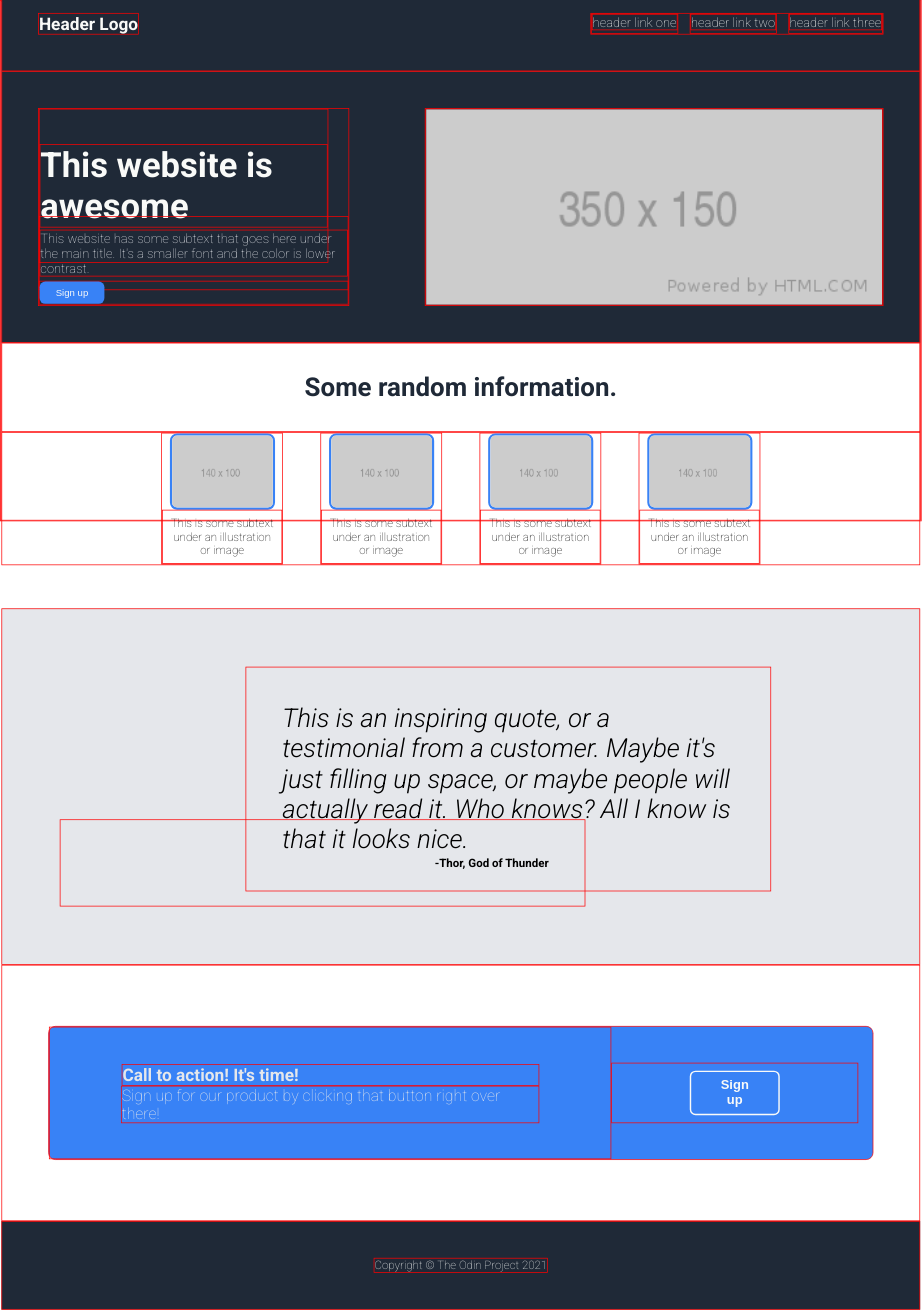
Repository: weazzyefff/The-Landing-Page
Page: index.html
An editor plug-in stored every save of this project. The page is shown before and after the next save, followed by the edit.
The browser window is 1280 px wide. The pictures show the whole page, at 72% of full size.

Above is the page before, as saved 2022-11-01 16:47:08.
Not found: index.js

### index.html
<!DOCTYPE html>
<html lang="en">

<head>
  <meta charset="UTF-8">
  <meta name="viewport" content="width=device-width, initial-scale=1.0">
  <meta http-equiv="X-UA-Compatible" content="ie=edge">
  <title>The Landing Page</title>
  <link rel="stylesheet" href="css/styles.css">
  <link rel="preconnect" href="https://fonts.googleapis.com">
  <link rel="preconnect" href="https://fonts.gstatic.com" crossorigin>
  <link href="https://fonts.googleapis.com/css2?family=Roboto:ital,wght@0,100;0,700;1,300&display=swap"
    rel="stylesheet">
</head>

<body>
  <div class="header">
    <div class="icon">
      Header Logo
    </div>
    <ul class="right-links">
      <li><a href="#">header link one</a></li>
      <li><a href="#">header link two</a></li>
      <li><a href="#">header link three</a></li>
    </ul>
  </div>
  <div class="hero-container">
    <div class="hero-left">
      <div class="main-text">
        <p>This website is awesome</p>
      </div>
      <div class="secondary-text">
        <p>This website has some subtext that goes here under the main title. It's a smaller
          font and the color is lower contrast.
        </p>
      </div>
      <div class="button-container">
        <button class="button">Sign up</button>
      </div>
    </div>
    <div class="hero-right">
      <img src="img/350x150.png" class="hero-img" alt="Placeholder image">
    </div>
  </div>
  <div class="title">
    Some random information.
  </div>
  <div class="gallery-container">
    <div class="info">
      <img src="img/140x100.png" alt="Placeholder Image">
      <div class="text">This is some subtext under an illustration or image</div>
    </div>
    <div class="info">
      <img src="img/140x100.png" alt="Placeholder Image">
      <div class="text">This is some subtext under an illustration or image</div>
    </div>
    <div class="info">
      <img src="img/140x100.png" alt="Placeholder Image">
      <div class="text">This is some subtext under an illustration or image</div>
    </div>
    <div class="info">
      <img src="img/140x100.png" alt="Placeholder Image">
      <div class="text">This is some subtext under an illustration or image</div>
    </div>
  </div>
  <div class="quote-container">
    <div class="quote">This is an inspiring quote, or a testimonial from a
      customer. Maybe it's just filling up space, or maybe people will
      actually read it. Who knows? All I know is that it looks nice. </div>
    <div class="quotee">-Thor, God of Thunder</div>
  </div>
  <div class="call-container">
    <div class="inside-container">
      <div class="left-side">
        <p class="top-line">
          Call to action! It's time!
        </p>
        <p class="bottom-line">
          Sign up for our product by clicking that button right over there!
        </p>
      </div>
      <div class="right-side">
        <button>
          Sign up
        </button>
      </div>
    </div>
  </div>
  </div>
  <div class="footer">
    <div class="footerContent">
      Copyright © The Odin Project 2021
    </div>
  </div>
  <script src="index.js"></script>
</body>

</html>

### css/styles.css
* {
    border: 1px solid red;
}

.header,
.footer {
    display: flex;
    justify-content: space-between;
    padding: 50px;
    background-color: #1F2937;
    color: #f9faf8;
}

.header {
    margin-top: -35px
}

.footer {
    font-weight: 200;
    justify-content: center;
}

body {
    display: flex;
    height: 100vh;
    margin: 0;
    font-family: 'Roboto', sans-serif;
    flex-direction: column;
}

ul {
    list-style-type: none;
    display: flex;
    margin: 0;
    padding: 0;
    gap: 16px;
}

.header a {
    text-decoration: none;
    color: #f9faf8;
    font-size: 18px;
}

.icon {
    display: flex;
    font-size: 24px;
    font-weight: 800;
}

.footerContent {
    display: flex;
    justify-content: center;
    align-items: center;
}

.hero-container {
    display: flex;
    justify-content: space-between;
    padding: 50px;
    background-color: #1F2937;
    color: #E5E7EB;
}

.hero-left {
    display: flex;
    flex-direction: column;
    background-color: #1F2937;
    font-size: 18px;
    color: #E5E7EB;
}

.hero-left .main-text {
    font-size: 48px;
    color: #f9faf8;
    font-weight: 800;
}

.main-text {
    width: 400px;
    margin-bottom: -65px;
}

.secondary-text {
    width: 428px;
    margin-bottom: -13px;
}

.hero-right {
    display: flex;
    justify-content: center;
    align-items: center;
}

.hero-img {
    display: flex;
    justify-content: center;
    align-items: center;
    width: 633px;
}

.button {
    background-color: #3882f6;
    color: #f9faf8;
    padding: 8px 16px;
    border-radius: 8px;
    display: flex;
    align-items: center;
    justify-content: center;
    width: 90px;
    border-style: none;

}

.gallery-container {
    display: flex;
    justify-content: center;
    gap: 52px;
    margin-bottom: 60px;

}

.title {
    display: flex;
    justify-content: center;
    font-size: 36px;
    font-weight: 800;
    color: #1f2937;
    padding: 40px;
}

.info {
    display: flex;
    justify-content: center;
    flex-direction: column;
    align-items: center;
}

.info img {
    border-radius: 10px;
    border: 3px solid #3882f6;
}

.text {
    width: 149px;
    text-align: center;
    padding: 8px;
}

.quote-container {
    display: flex;
    flex-direction: column;

    justify-content: center;
    background-color: #E5E7EB;
    padding: 80px;

}

.quote {
    margin-left: 258px;
    margin-bottom: 20px;
    width: 628px;
    padding: 50px;
    font-size: 36px;
    font-style: italic;
    font-weight: 300;
}

.quotee {

    display: flex;
    justify-content: right;
    margin-top: -120px;
    font-weight: 800;
    padding: 50px;
    width: 628px;
}

.call-container {
    display: flex;
    flex-shrink: 0;
    padding: 59px 14px;
    justify-content: center;
    color: #E5E7EB;
}

.inside-container {
    display: flex;
    margin: 25px 50px;
    padding: 0px;
    justify-content: center;
    align-items: center;
    border-radius: 10px;
    background-color: #3882f6;
}

.top-line {
    margin-bottom: -22px;
    margin-left: 1px;
    font-size: 24px;
    font-weight: 800;
}

.bottom-line {
    font-size: 22px;
}
.left-side{
    display: flex;
    padding: 27px 99px;
    flex-direction: column;
}
.right-side{
    display: flex;
    padding: 10px 108px;
    margin-right: 20px;

}
.right-side button{
    border: solid 2px #f9faf8;
    padding: 8px 28px;
    font-size: 18px;
    font-weight: 800;
    border-radius: 8px;
    background-color: #3882f6;
    color: #f9faf8;
}
p {
    display: flex;
    justify-content: start;
}

After the next save:
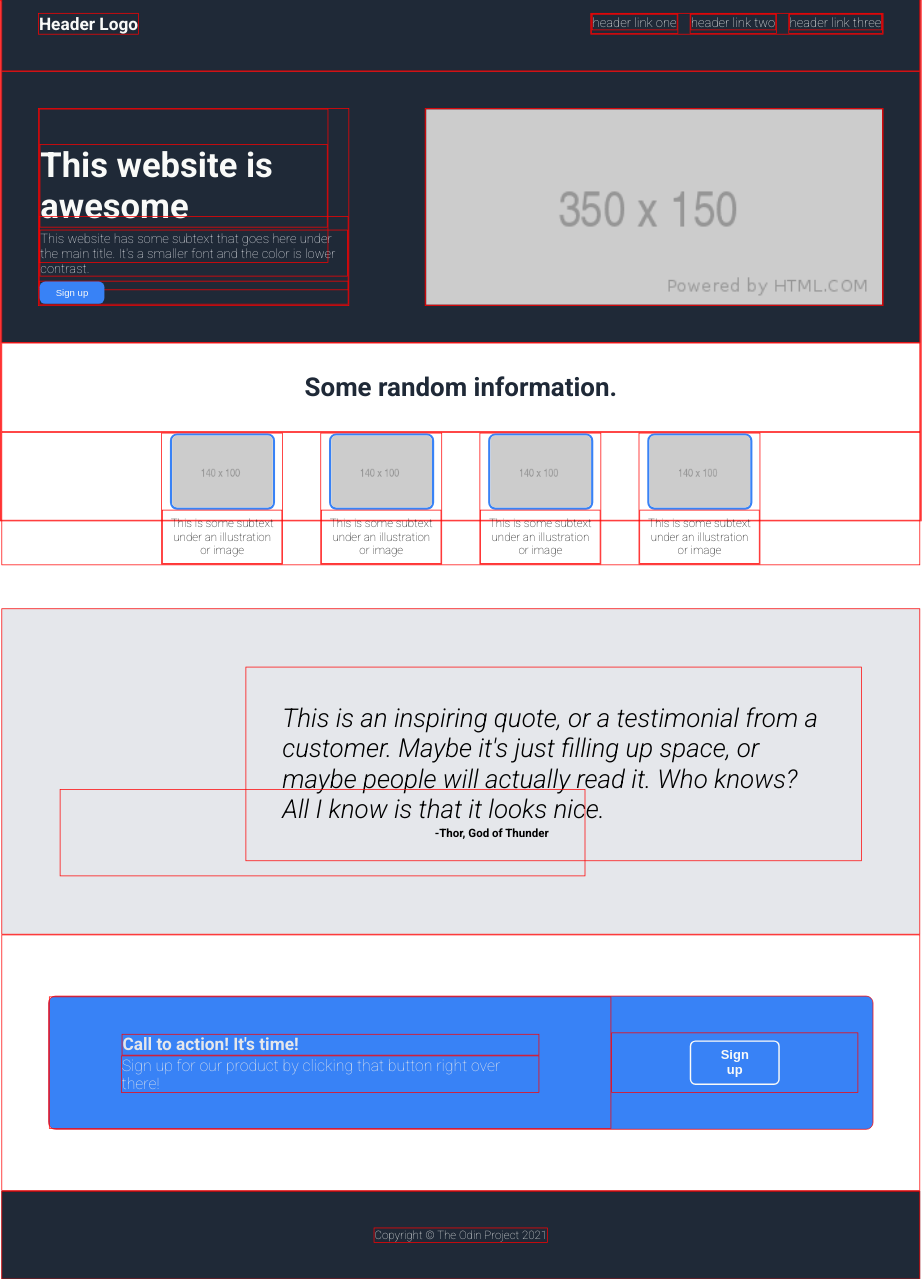
Saved 30 s later.
--- a/css/styles.css
+++ b/css/styles.css
@@ -160,7 +160,7 @@ ul {
 .quote {
     margin-left: 258px;
     margin-bottom: 20px;
-    width: 628px;
+
     padding: 50px;
     font-size: 36px;
     font-style: italic;
